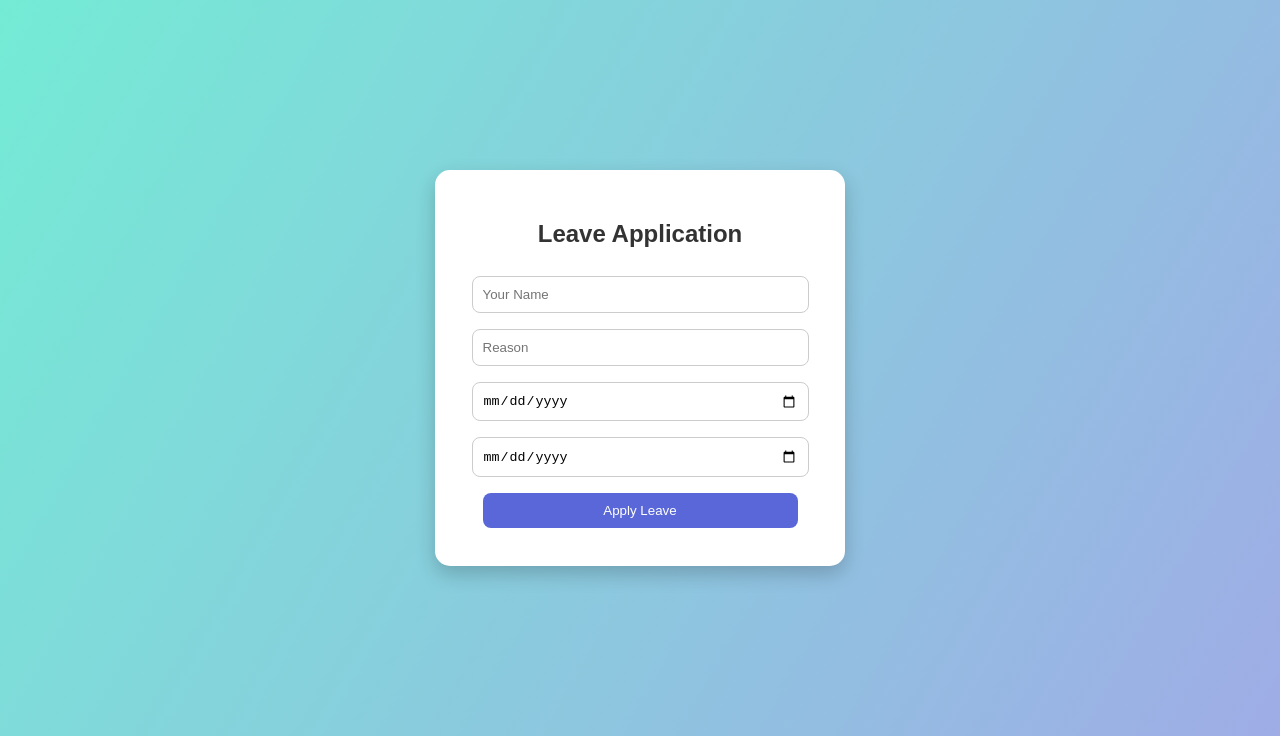
Repository: Pooja-1504/Siddesh_Assignments
Page: http://localhost/LeaveForm/leaveForm.jsp
The author's editor kept a copy of each file at every save. The page is drawn from the files as they stood at one save, then again after the next save.
The browser window is 1280 px wide. The pictures show the whole page.
The page is served by Tomcat 9.

Above is the page before, as saved 2026-02-19 13:13:02.

After the next save:
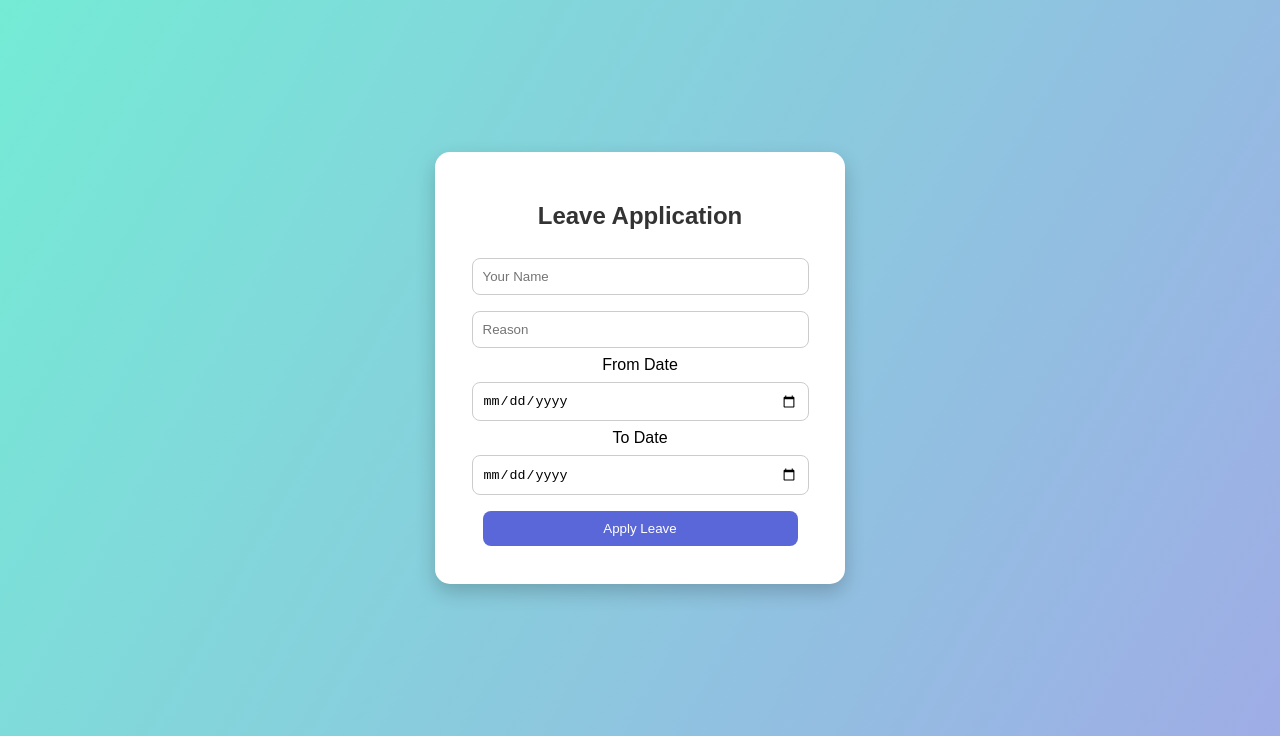
Saved 2 min 5 s later.
--- a/Assignment - 7/LeaveForm/WebContent/leaveForm.jsp
+++ b/Assignment - 7/LeaveForm/WebContent/leaveForm.jsp
@@ -12,8 +12,12 @@
 <form action="LeaveServlet" method="post">
 <input type="text" name="name" placeholder="Your Name" required>
 <input type="text" name="reason" placeholder="Reason" required>
-<input type="date" name="from" title="From Date">
-<input type="date" name="to" title="To Date">
+<label>From Date</label>
+<input type="date" name="from" required>
+
+<label>To Date</label>
+<input type="date" name="to" required>
+
 <button type="submit">Apply Leave</button>
 </form>
 
